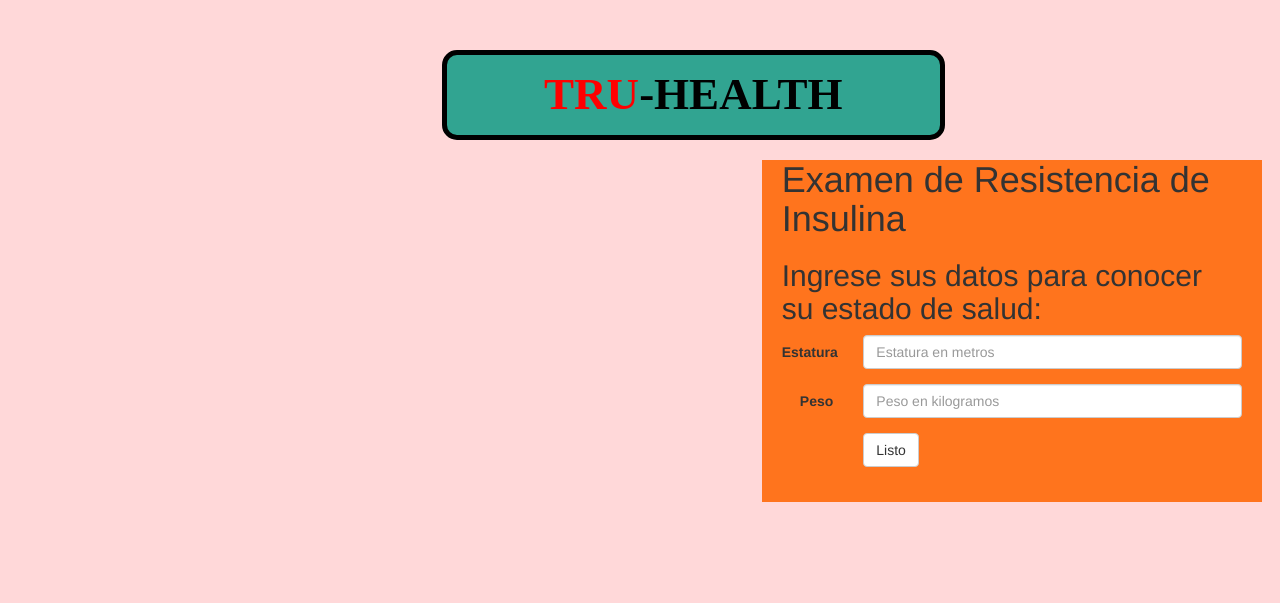
Repository: GabrielAvilesR/GabrielAvilesR.github.io
Page: Tru-Health/Tru-Health/index.html
These files come from the project's save history. The page is drawn as it stood at one moment and after the next save; the edit follows.
The browser window is 1280 px wide. The pictures show the whole page.
Some web fonts or font styles are not loaded; a fallback is used. Some web libraries are served in a nearby version.

Above is the page before, as saved 2014-04-05 20:33:54.

After the next save:
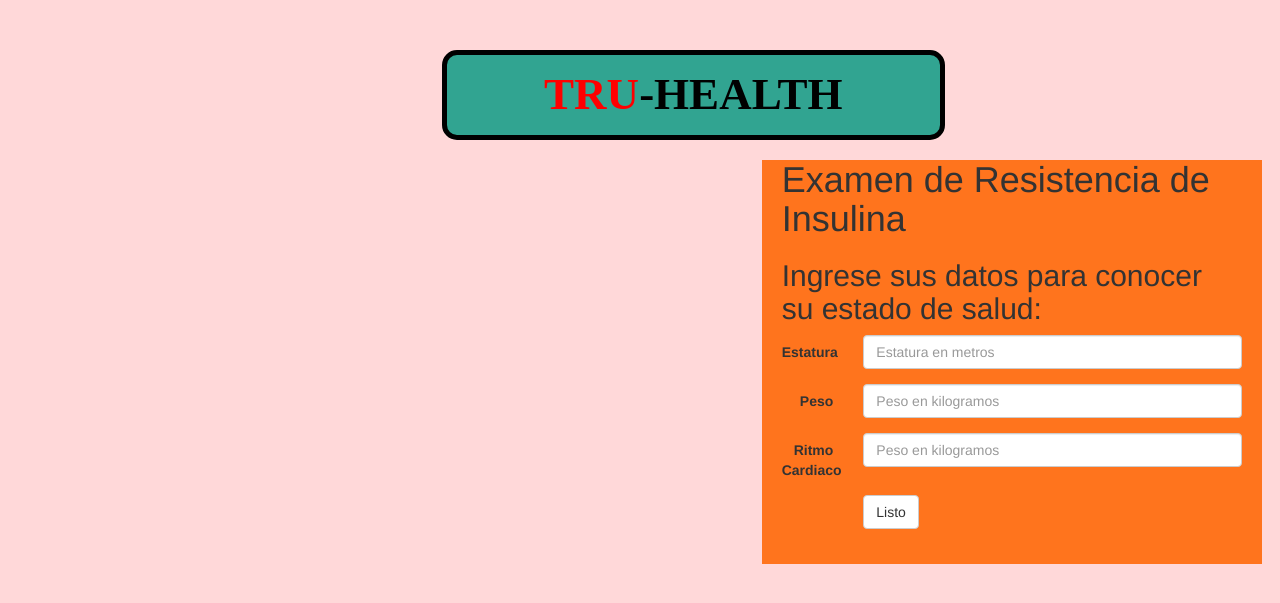
Saved 6 min 0 s later.
--- a/Tru-Health/Tru-Health/index.html
+++ b/Tru-Health/Tru-Health/index.html
@@ -45,6 +45,12 @@
       <input type="number" class="form-control" id="Weight" placeholder="Peso en kilogramos">
     </div>
   </div>
+   <div class="form-group">
+    <label for="RitmoCardiaco" class="col-sm-2 control-label">Ritmo Cardiaco</label>
+    <div class="col-sm-10">
+      <input type="number" class="form-control" id="Weight" placeholder="Peso en kilogramos">
+    </div>
+  </div>
   <div class="form-group">
     <div class="col-sm-offset-2 col-sm-10">
       <button type="submit" class="btn btn-default">Listo</button>
